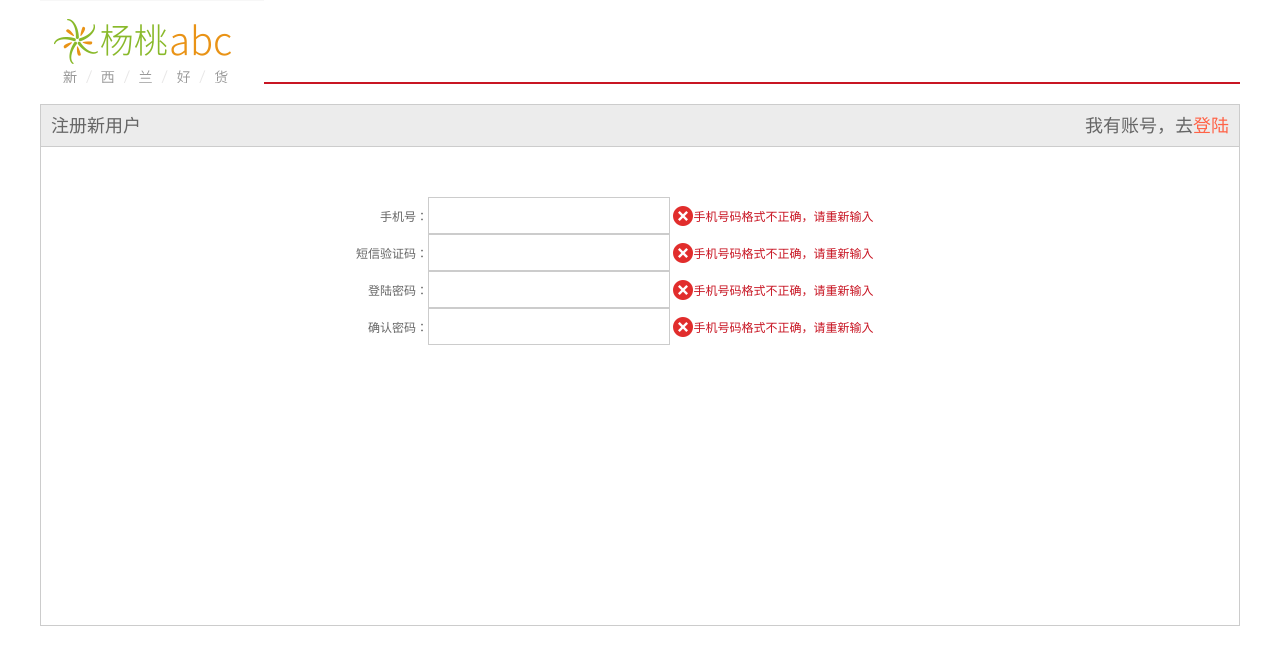
Repository: Jasonlee6789/shoppingWeb
Page: register.html
An editor plug-in stored every save of this project. The page is shown before and after the next save, followed by the edit.
The browser window is 1280 px wide. The pictures show the whole page.

Above is the page before, as saved 2020-05-29 13:22:40.

After the next save:
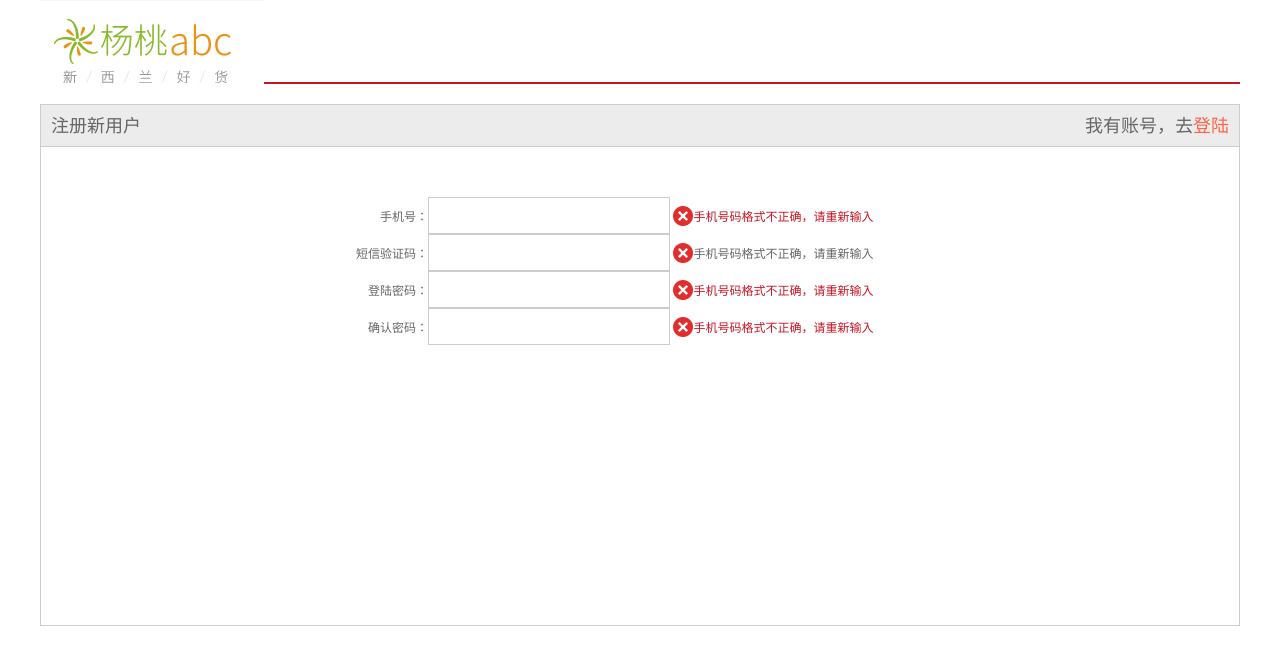
Saved 30 s later.
--- a/register.html
+++ b/register.html
@@ -26,7 +26,7 @@
                     <li><label for="">手机号：</label><input type="text">
                         <span class="error"><i class="error_icon"></i>手机号码格式不正确，请重新输入</span></li>
                     <li><label for="">短信验证码：</label><input type="text">
-                        <span class="error"><i class="error_icon"></i>手机号码格式不正确，请重新输入</span></li>
+                        <span class="success"><i class="error_icon"></i>手机号码格式不正确，请重新输入</span></li>
                     <li><label for="">登陆密码：</label><input type="text">
                         <span class="error"><i class="error_icon"></i>手机号码格式不正确，请重新输入</span></li>
                     <li><label for="">确认密码：</label><input type="text">
